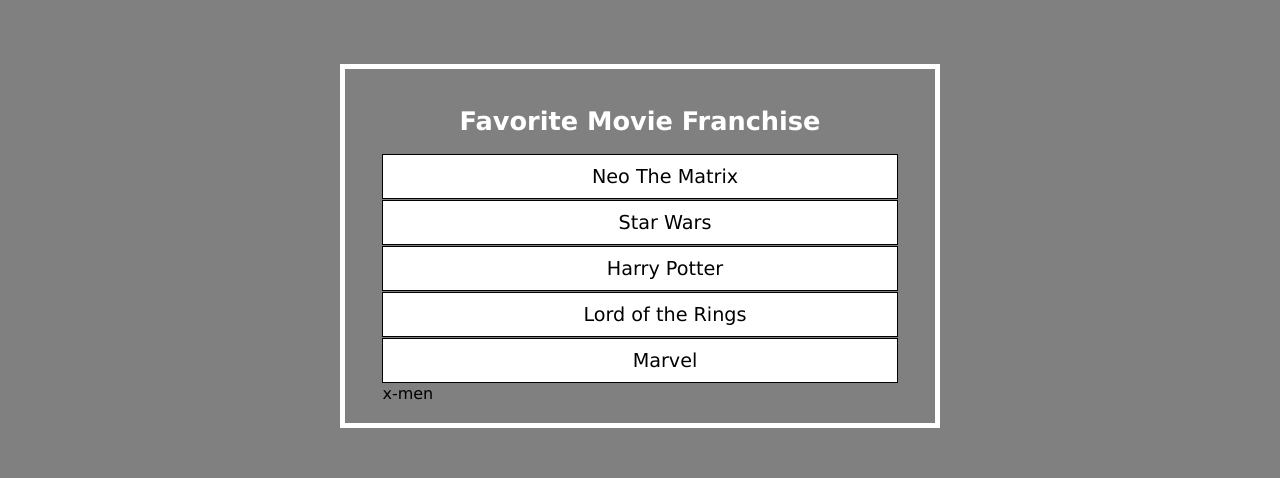
Repository: wakoya-tech/react-project
Page: Desktop/shaakala/jaal/index.html
An editor plug-in stored every save of this project. The page is shown before and after the next save, followed by the edit.
The browser window is 1280 px wide. The pictures show the whole page.

Above is the page before, as saved 2025-08-26 18:49:34.

### Desktop/shaakala/jaal/index.html
<!DOCTYPE html>
<html lang="en">
<head>
  <meta charset="UTF-8">
  <meta name="viewport" content="width=device-width, initial-scale=1.0">
  <title>Responsive Box Example</title>
  <style>
    * {
      box-sizing: border-box;
    }

    body {
      font-family: Verdana, Geneva, Tahoma, sans-serif;
      background: gray;
      margin: 0;
    }

    .container {
      display: flex;
      flex-direction: column;
      justify-content: center;
      align-items: center;
      border: 5px solid white;
      padding: 20px;
      margin: 5% auto;
      width: 80%;
      max-width: 600px;
    }

    ul {
      list-style: none;
      padding: 0;
      margin: 0;
    }

    #main-heading {
      font-size: clamp(18px, 2vw, 32px);
      color: white;
    }

    .list-items {
        display: block;
      font-size: clamp(16px, 1.5vw, 24px);
      border: 1px solid black;
      /*padding: 5px 200px;*/
      width: 100%;
      padding: 10px 150px 10px 200px ;
      background-color: white;
     text-align: center;
      margin: 1px 0;
      overflow: hidden;


    }
  </style>
</head>
<body>
  <div class="container">
    <h1 id="main-heading">Favorite Movie Franchise</h1>
    <ul>
      <li class="list-items">
        <span>Neo </span>The Matrix</li>
      <li class="list-items">Star Wars</li>
      <li class="list-items">Harry Potter</li>
      <li class="list-items">Lord of the Rings</li>
      <li class="list-items">Marvel</li>
    </ul>
  </div>
  <script src="../jaal/script.js"></script>
</body>
</html>

### Desktop/shaakala/jaal/script.js
/*const title = document.querySelector('#main-heading');
title.style.color = 'red';
console.log(title);
const listitems = document.querySelectorAll('.list-items');
for(i=0; i < listitems.length; i++)
{
  listitems[i].style.fontSize = '1rem';
}

console.log(listitems);*/
const ul = document.querySelector('ul');
const li= document.createElement('li');
ul.append(li)

/*const firstListitems = document.querySelector('.list-items');
console.log(firstListitems.innerText);
console.log(firstListitems.textContent);
console.log(firstListitems.innerHTML);*/
li.innerText = 'x-men';
li.setAttribute('id','main-heading');
li.removeAttribute('id');

After the next save:
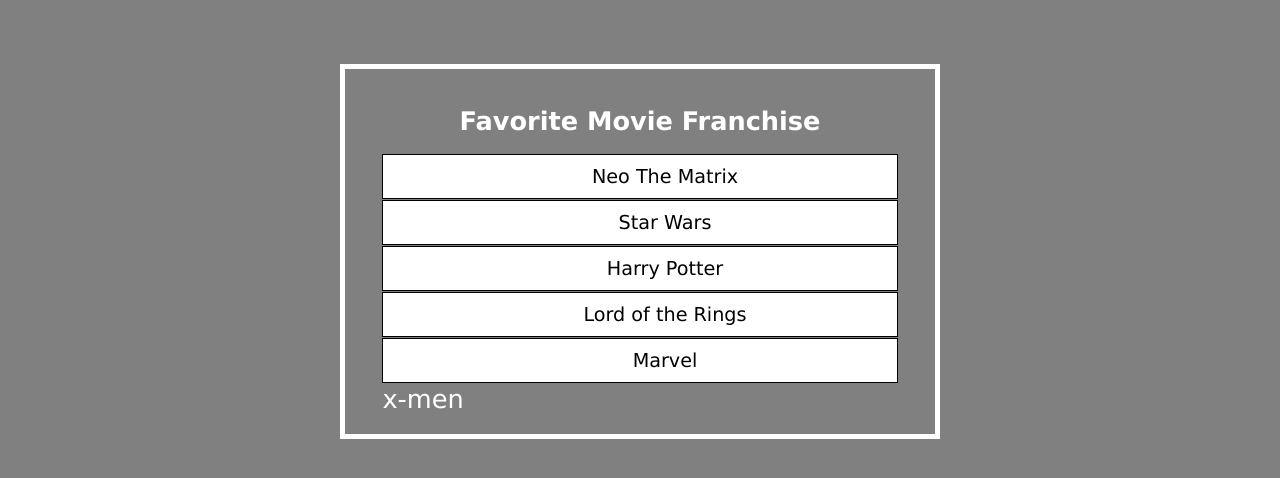
Saved 14 s later.
--- a/Desktop/shaakala/jaal/script.js
+++ b/Desktop/shaakala/jaal/script.js
@@ -18,4 +18,4 @@
 console.log(firstListitems.innerHTML);*/
 li.innerText = 'x-men';
 li.setAttribute('id','main-heading');
-li.removeAttribute('id');
+//li.removeAttribute('id');

After the save that followed:
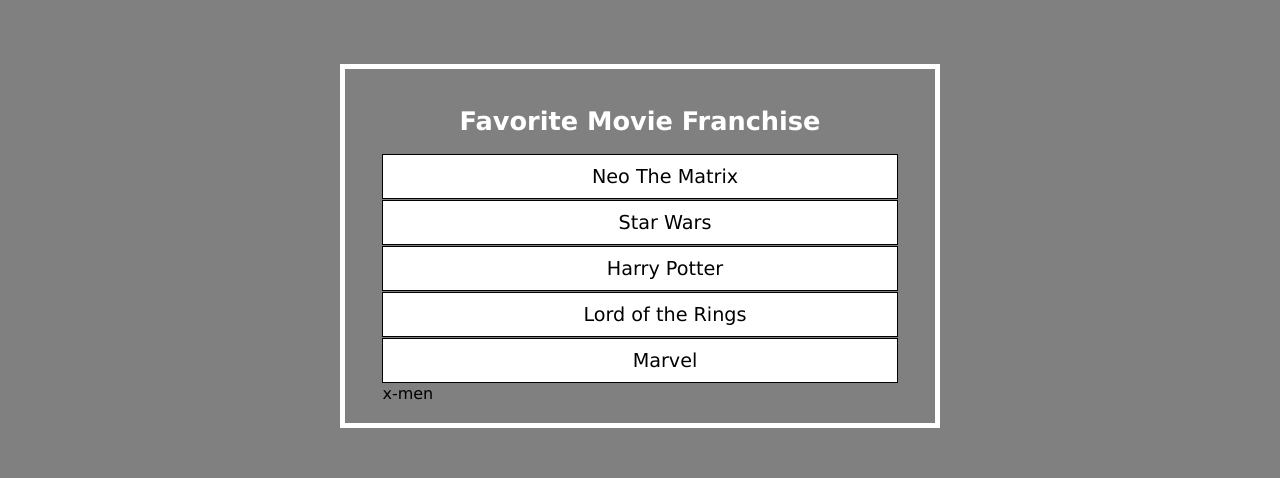
Saved 26 s later.
--- a/Desktop/shaakala/jaal/script.js
+++ b/Desktop/shaakala/jaal/script.js
@@ -18,4 +18,4 @@
 console.log(firstListitems.innerHTML);*/
 li.innerText = 'x-men';
 li.setAttribute('id','main-heading');
-//li.removeAttribute('id');
+li.removeAttribute('id');
